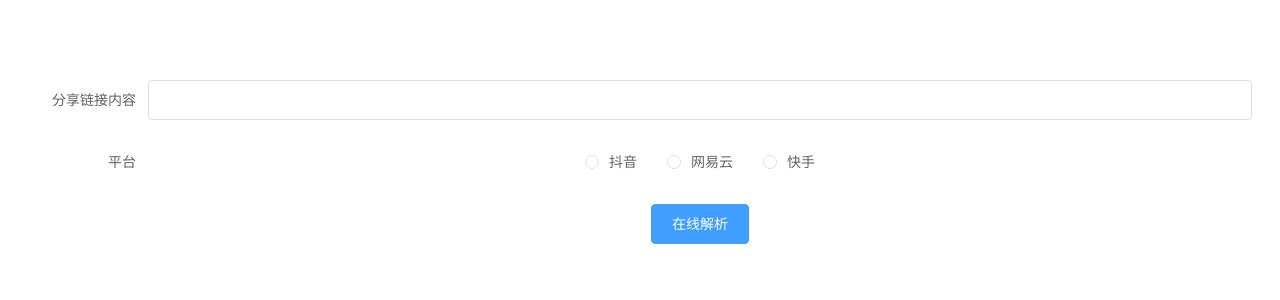
Repository: lyln/freepd
Page: / (app in frontend/freepd/)
These files come from the project's save history. The page is drawn as it stood at one moment and after a run of saves; the edit follows.
The browser window is 1280 px wide. The pictures show the whole page.
The project was rebuilt for these pictures with package versions that can differ from the ones it lists, and the page was loaded fresh each time.

Above is the page before, as saved 2022-05-22 17:39:26.

### frontend/freepd/index.html
<!DOCTYPE html>
<html>
  <head>
    <meta charset="utf-8">
    <meta name="viewport" content="width=device-width,initial-scale=1.0">
    <title>freepd</title>
  </head>
  <body>
    <div id="app"></div>
    <!-- built files will be auto injected -->
  </body>
</html>

### frontend/freepd/src/main.js
// The Vue build version to load with the `import` command
// (runtime-only or standalone) has been set in webpack.base.conf with an alias.
import Vue from 'vue'
import App from './App'
import router from './router'
import ElementUI from 'element-ui';
import 'element-ui/lib/theme-chalk/index.css';

Vue.config.productionTip = false
Vue.use(ElementUI)

/* eslint-disable no-new */
new Vue({
  el: '#app',
  router,
  components: { App },
  template: '<App/>'
})

### frontend/freepd/src/App.vue
<template>
	<div id="app">
		<router-view />
	</div>
</template>

<script>
export default {
	name: 'App',
}
</script>

<style>
#app {
	font-family: 'Avenir', Helvetica, Arial, sans-serif;
	-webkit-font-smoothing: antialiased;
	-moz-osx-font-smoothing: grayscale;
	text-align: center;
	color: #2c3e50;
	margin-top: 60px;
}
</style>

### frontend/freepd/src/components/HelloWorld.vue
<template>
	<el-container>
		<el-main style="wide: 80%">
			<el-row>
				<el-col :span="24">
					<div class="grid-content bg-purple-dark"></div>

					<el-form ref="form" :model="form" label-width="120px">
						<el-form-item label="分享链接内容">
							<el-input v-model="form.url"></el-input>
						</el-form-item>
						<el-form-item label="平台" label-width="120px">
							<el-radio-group v-model="form.type">
								<el-radio :label="1">抖音</el-radio>
								<el-radio :label="2">网易云</el-radio>
								<el-radio :label="3">快手</el-radio>
							</el-radio-group>
						</el-form-item>
						<el-form-item>
							<el-button type="primary" @click="onSubmit">在线解析</el-button>
						</el-form-item>
					</el-form>

				</el-col>
			</el-row>
		</el-main>
	</el-container>

</template>
<script>
export default {
	name: 'HelloWorld',
	data() {
		return {
			msg: 'free parse download',
			form: {
				url: '',
				type: 'douyin',
			},
		}
	},
	methods: {
		onSubmit() {
			console.log('submit!')
		},
	},
}
</script>

<!-- Add "scoped" attribute to limit CSS to this component only -->
<style scoped>
h1,
h2 {
	font-weight: normal;
}
ul {
	list-style-type: none;
	padding: 0;
}
li {
	display: inline-block;
	margin: 0 10px;
}
a {
	color: #42b983;
}
</style>

Loaded but not shown: frontend/freepd/src/router/index.js (common file)

After the next 2 saves:
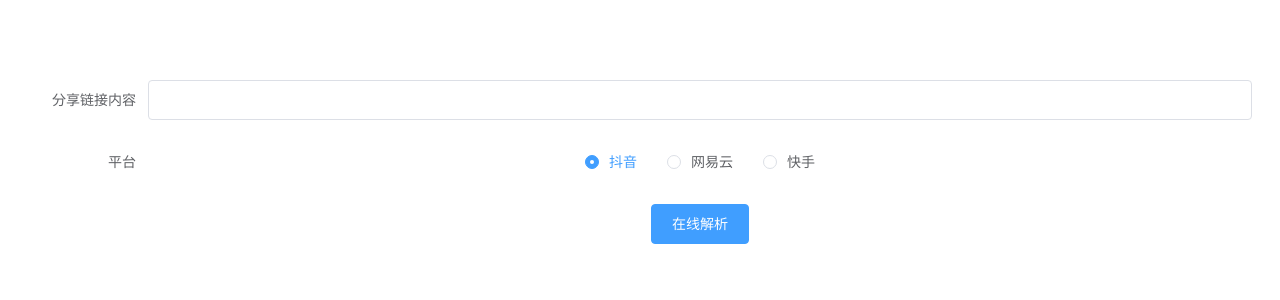
The 2 saves are shown as one change because they came seconds apart.
The last was saved 8 s later.
--- a/frontend/freepd/src/components/HelloWorld.vue
+++ b/frontend/freepd/src/components/HelloWorld.vue
@@ -35,7 +35,7 @@ export default {
 			msg: 'free parse download',
 			form: {
 				url: '',
-				type: 'douyin',
+				type: 1,
 			},
 		}
 	},
